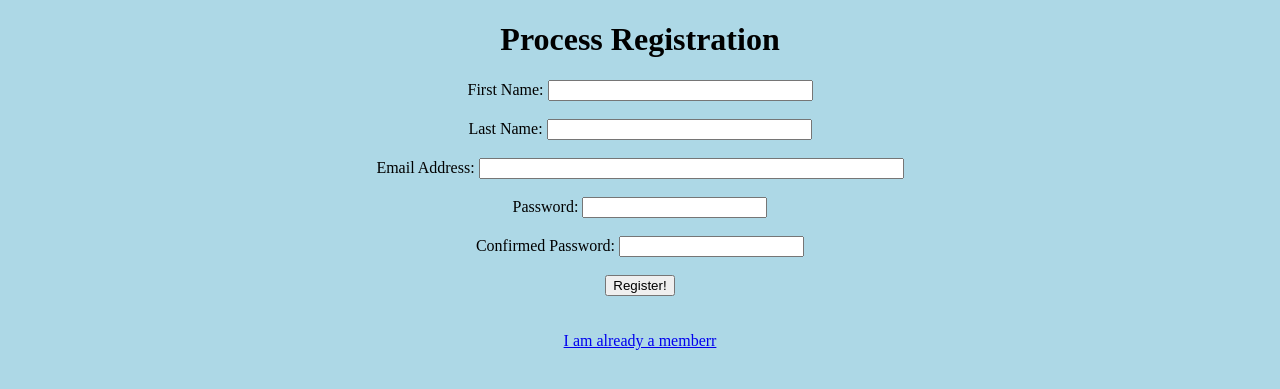
Repository: jedeyejed00/TheGameShaq
Page: http://localhost/ClassWork/ClassAssignment/process_register.php
The author's editor kept a record of every edit. The page is drawn from the files as they stood at one moment, then again after the next edit.
The browser window is 1280 px wide. The pictures show the whole page.
The page is run by PHP 8.4 with error messages shown; the project is at /var/www/html/.

Above is the page before.

After the next edit:
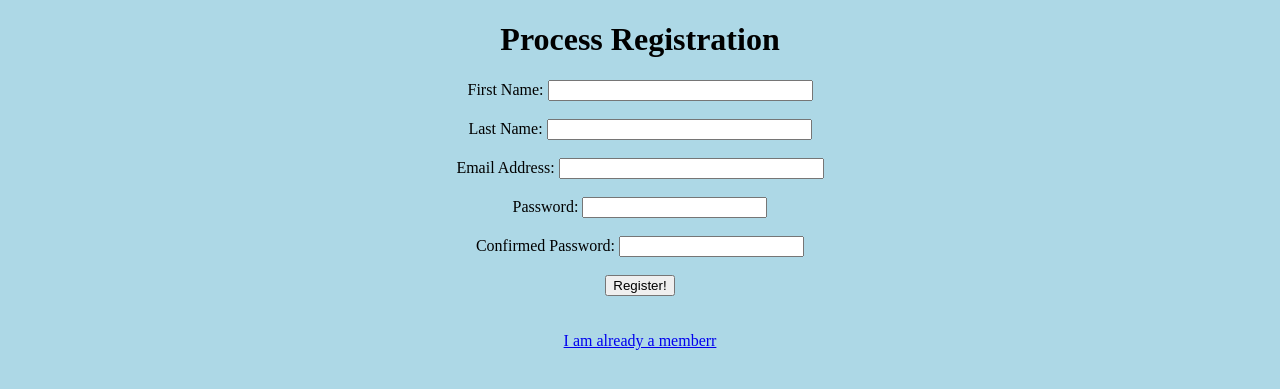
The edit:
--- a/ClassWork/ClassAssignment/process_register.php
+++ b/ClassWork/ClassAssignment/process_register.php
@@ -18,7 +18,7 @@
                     <input type ="lastname" name = "lastName" id="lastname" size="30"> <br><br>
 
                     <label for ="email">Email Address:</label>
-                    <input type ="email" name = "email" id="email" size="50"> <br><br>
+                    <input type ="email" name = "email" id="email" size="30"> <br><br>
 
                     <label for ="password">Password:</label>
                     <input type ="password"= name = "password" id ="password" size="20"> <br><br>
